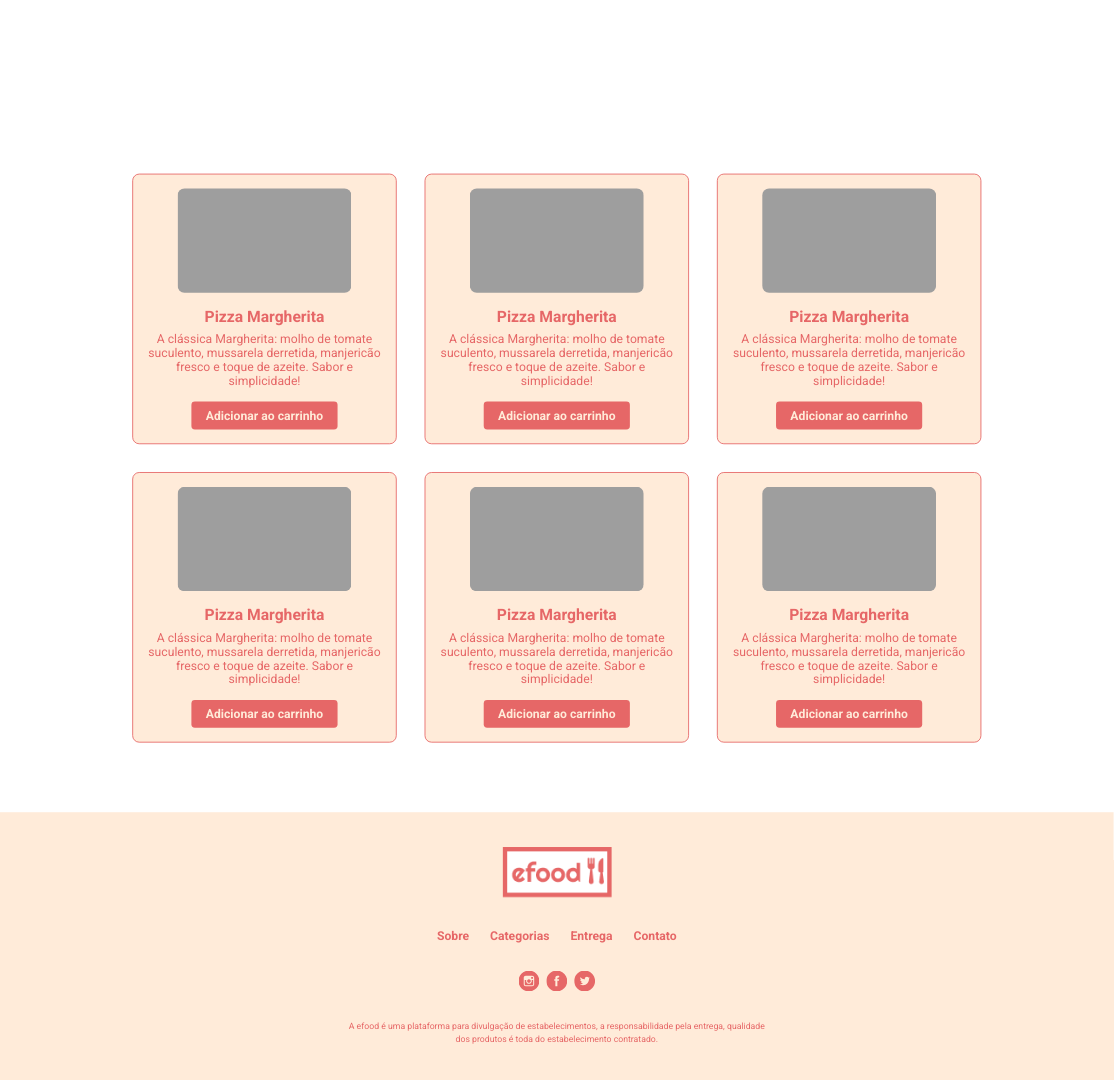
Repository: Biel-barbosa/projeto-final-efood
Page: /restaurante/1
An editor plug-in stored every save of this project. The page is shown before and after the next save, followed by the edit.
The browser window is 1280 px wide. The pictures show the part of the page from y = 472 to 1714 px (the page is 1714 px tall before and 1554 px after), at 87% of full size.
Pictures or frames that could not be fetched are drawn as grey boxes. The project was rebuilt for these pictures with package versions that can differ from the ones it lists, and the page was loaded fresh each time. Also part of the build but not shown: src/components/RestaurantCard/index.tsx, src/pages/Home/index.tsx.

Above is the page before, as saved 2025-06-09 15:24:41.

### index.html
<!DOCTYPE html>
<html lang="pt-BR">
  <head>
    <meta charset="UTF-8" />
    <link rel="icon" type="image/svg+xml" href="/vite.svg" />
    <meta name="viewport" content="width=device-width, initial-scale=1.0" />
    <link rel="preconnect" href="https://fonts.googleapis.com">
    <link rel="preconnect" href="https://fonts.gstatic.com" crossorigin>
    <link href="https://fonts.googleapis.com/css2?family=Roboto:wght@400;700;900&display=swap" rel="stylesheet">
    <title>eFood</title>
  </head>
  <body>
    <div id="root"></div>
    <script type="module" src="/src/main.tsx"></script>
  </body>
</html>

### src/main.tsx
import React from 'react'
import ReactDOM from 'react-dom/client'
import App from './App'

ReactDOM.createRoot(document.getElementById('root') as HTMLElement).render(
  <React.StrictMode>
    <App />
  </React.StrictMode>
)

### src/App.tsx
import React from 'react'
import { BrowserRouter as Router, Routes, Route } from 'react-router-dom'
import { ThemeProvider } from 'styled-components'
import { GlobalStyle, theme } from './styles/global'
import Home from './pages/Home'
import RestaurantDetail from './pages/Restaurant'

function App() {
  return (
    <ThemeProvider theme={theme}>
      <Router>
        <GlobalStyle />
        <Routes>
          <Route path="/" element={<Home />} />
          <Route path="/restaurante/:id" element={<RestaurantDetail />} />
        </Routes>
      </Router>
    </ThemeProvider>
  )
}

export default App

### src/styles/global.ts
import { createGlobalStyle, DefaultTheme } from 'styled-components'

export const theme: DefaultTheme = {
  colors: {
    primary: '#E66767',
    secondary: '#FFEBD9',
    white: '#FFFFFF',
    black: '#000000',
    gray: '#4B4B4B',
    lightGray: '#F5F5F5'
  }
}

export const GlobalStyle = createGlobalStyle`
  * {
    margin: 0;
    padding: 0;
    box-sizing: border-box;
    font-family: 'Roboto', sans-serif;
  }

  body {
    background-color: ${({ theme }) => theme.colors.white};
  }

  button {
    cursor: pointer;
  }

  a {
    text-decoration: none;
  }
`

export const colors = {
  primary: '#E66767',
  secondary: '#FFEBD9',
  white: '#FFFFFF',
  black: '#000000',
  gray: '#4B4B4B',
  lightGray: '#F5F5F5'
}

### src/pages/Restaurant/index.tsx
import React from 'react'
import { useParams } from 'react-router-dom'
import styled from 'styled-components'
import { colors } from '../../styles/global'
import Footer from '../../components/Footer'
import Header from '../../components/Header'

const restaurantData = {
  1: {
    name: 'La Dolce Vita Trattoria',
    category: 'Italiana',
    highlight: 'Destaque da semana',
    image: '/macarrao.png',
    products: [
      {
        id: 1,
        name: 'Pizza Margherita',
        description: 'A clássica Margherita: molho de tomate suculento, mussarela derretida, manjericão fresco e toque de azeite. Sabor e simplicidade!',
        image: '/macarrao.png'
      },
      {
        id: 2,
        name: 'Pizza Margherita',
        description: 'A clássica Margherita: molho de tomate suculento, mussarela derretida, manjericão fresco e toque de azeite. Sabor e simplicidade!',
        image: '/macarrao.png'
      },
      {
        id: 3,
        name: 'Pizza Margherita',
        description: 'A clássica Margherita: molho de tomate suculento, mussarela derretida, manjericão fresco e toque de azeite. Sabor e simplicidade!',
        image: '/macarrao.png'
      },
      {
        id: 4,
        name: 'Pizza Margherita',
        description: 'A clássica Margherita: molho de tomate suculento, mussarela derretida, manjericão fresco e toque de azeite. Sabor e simplicidade!',
        image: '/macarrao.png'
      },
      {
        id: 5,
        name: 'Pizza Margherita',
        description: 'A clássica Margherita: molho de tomate suculento, mussarela derretida, manjericão fresco e toque de azeite. Sabor e simplicidade!',
        image: '/macarrao.png'
      },
      {
        id: 6,
        name: 'Pizza Margherita',
        description: 'A clássica Margherita: molho de tomate suculento, mussarela derretida, manjericão fresco e toque de azeite. Sabor e simplicidade!',
        image: '/macarrao.png'
      }
    ]
  }
}

const Container = styled.div`
  max-width: 1024px;
  margin: 40px auto 0 auto;
  padding: 0 24px;
`

const ProductGrid = styled.div`
  display: grid;
  grid-template-columns: repeat(3, 1fr);
  gap: 32px;
  margin-top: 40px;
  margin-bottom: 80px;
`

const ProductCard = styled.div`
  background: ${colors.secondary};
  border: 1px solid ${colors.primary};
  border-radius: 8px;
  padding: 16px;
  display: flex;
  flex-direction: column;
  align-items: center;
  text-align: center;
`

const ProductImage = styled.img`
  width: 100%;
  max-width: 200px;
  height: 120px;
  object-fit: cover;
  border-radius: 8px;
  margin-bottom: 16px;
`

const ProductName = styled.h2`
  color: ${colors.primary};
  font-size: 18px;
  font-weight: bold;
  margin-bottom: 8px;
`

const ProductDescription = styled.p`
  color: ${colors.primary};
  font-size: 14px;
  margin-bottom: 16px;
`

const AddButton = styled.button`
  background: ${colors.primary};
  color: ${colors.secondary};
  border: none;
  border-radius: 4px;
  padding: 8px 16px;
  font-size: 14px;
  font-weight: bold;
  cursor: pointer;
  transition: background 0.2s;
  &:hover {
    background: #c94d4d;
  }
`

const Hero = styled.div`
  width: 100vw;
  min-width: 100vw;
  left: 50%;
  right: 50%;
  margin-left: -50vw;
  margin-right: -50vw;
  margin-bottom: 200px;
  position: relative;
  background: ${colors.secondary};
  display: flex;
  flex-direction: column;
  align-items: center;
  justify-content: flex-end;
  height: 400px;
  overflow: hidden;
`

const HeroImage = styled.img`
  width: 100vw;
  height: 400px;
  object-fit: cover;
  position: absolute;
  top: 0;
  left: 0;
  z-index: 1;
`

const HeroOverlay = styled.div`
  position: absolute;
  top: 0;
  left: 0;
  width: 100vw;
  height: 400px;
  background: rgba(0, 0, 0, 0.5);
  z-index: 2;
`

const HeroContent = styled.div`
  position: relative;
  z-index: 3;
  text-align: center;
  width: 100vw;
  padding: 0;
  display: flex;
  flex-direction: column;
  align-items: center;
  justify-content: flex-end;
  height: 100%;
  gap: 16px;
`

const HeroTags = styled.div`
  display: flex;
  gap: 12px;
  margin-top: 120px;
  margin-bottom: 8px;
`

const Category = styled.span`
  background: ${colors.primary};
  color: ${colors.secondary};
  font-size: 16px;
  font-weight: bold;
  border-radius: 4px;
  padding: 6px 18px;
  letter-spacing: 1px;
`

const Highlight = styled.span`
  background: ${colors.secondary};
  color: ${colors.primary};
  font-size: 16px;
  font-weight: bold;
  border-radius: 4px;
  padding: 6px 18px;
  letter-spacing: 1px;
`

const RestaurantName = styled.h1`
  color: #fff;
  font-size: 40px;
  font-weight: 900;
  margin: 0;
  text-shadow: 0 2px 16px rgba(0,0,0,0.7);
  letter-spacing: 1px;
`

const RestaurantDetail: React.FC = () => {
  const { id } = useParams()
  const data = restaurantData[Number(id) as 1] || restaurantData[1]

  return (
    <>
      <Header />
      <Hero>
        <HeroImage src={data.image} alt={data.name} />
        <HeroOverlay />
        <HeroContent>
          <HeroTags>
            <Category>{data.category}</Category>
            <Highlight>{data.highlight}</Highlight>
          </HeroTags>
          <RestaurantName>{data.name}</RestaurantName>
        </HeroContent>
      </Hero>
      <Container>
        <ProductGrid>
          {data.products.map((product) => (
            <ProductCard key={product.id}>
              <ProductImage src={product.image} alt={product.name} />
              <ProductName>{product.name}</ProductName>
              <ProductDescription>{product.description}</ProductDescription>
              <AddButton>Adicionar ao carrinho</AddButton>
            </ProductCard>
          ))}
        </ProductGrid>
      </Container>

      <Footer />
    </>
  )
}

export default RestaurantDetail

### src/components/Footer/index.tsx
import React from 'react'
import styled from 'styled-components'
import { colors } from '../../styles/global'

const FooterContainer = styled.footer`
  background-color: ${colors.secondary};
  padding: 40px 0;
  text-align: center;
`

const FooterContent = styled.div`
  max-width: 1024px;
  margin: 0 auto;
  padding: 0 24px;
`

const FooterLogo = styled.img`
  margin-bottom: 32px;
`

const FooterLinks = styled.div`
  display: flex;
  justify-content: center;
  gap: 24px;
  margin-bottom: 32px;
`

const FooterLink = styled.a`
  color: ${colors.primary};
  text-decoration: none;
  font-size: 14px;
  font-weight: bold;
`

const FooterSocial = styled.div`
  display: flex;
  justify-content: center;
  gap: 8px;
  margin-bottom: 32px;
`

const SocialIcon = styled.img`
  width: 24px;
  height: 24px;
`

const FooterText = styled.p`
  color: ${colors.primary};
  font-size: 10px;
  max-width: 480px;
  margin: 0 auto;
  line-height: 1.5;
`

const Footer = () => {
  return (
    <FooterContainer>
      <FooterContent>
        <FooterLogo src="/logo.png" alt="eFood" />
        <FooterLinks>
          <FooterLink href="#">Sobre</FooterLink>
          <FooterLink href="#">Categorias</FooterLink>
          <FooterLink href="#">Entrega</FooterLink>
          <FooterLink href="#">Contato</FooterLink>
        </FooterLinks>
        <FooterSocial>
          <SocialIcon src="/instagram-round-svgrepo-com (1) 1.svg" alt="Instagram" />
          <SocialIcon src="/facebook-round-svgrepo-com 1.svg" alt="Facebook" />
          <SocialIcon src="/twitter-2-svgrepo-com 1.svg" alt="Twitter" />
        </FooterSocial>
        <FooterText>
          A efood é uma plataforma para divulgação de estabelecimentos, a responsabilidade pela entrega, qualidade dos produtos é toda do estabelecimento contratado.
        </FooterText>
      </FooterContent>
    </FooterContainer>
  )
}

export default Footer

### src/components/Header/index.tsx
import React from 'react'
import styled from 'styled-components'
import { colors } from '../../styles/global'
import { Link } from 'react-router-dom'

const HeaderContainer = styled.header`
  width: 100vw;
  background: #ffebd9;
  display: flex;
  justify-content: center;
  align-items: center;
  padding: 16px 0;
  position: relative;
`

const Content = styled.div`
  width: 100vw;
  max-width: 1024px;
  display: flex;
  align-items: center;
  justify-content: space-between;
  padding: 0 24px;
`

const Left = styled.div`
  flex: 1;
  display: flex;
  align-items: center;
  justify-content: flex-start;
`

const Center = styled.div`
  flex: 1;
  display: flex;
  align-items: center;
  justify-content: center;
`

const Right = styled.div`
  flex: 1;
  display: flex;
  align-items: center;
  justify-content: flex-end;
`

const Logo = styled.img`
  height: 40px;
`

const NavText = styled(Link)`
  color: ${colors.primary};
  font-size: 18px;
  font-weight: bold;
  text-decoration: none;
`

const Cart = styled(Link)`
  color: ${colors.primary};
  font-size: 16px;
  font-weight: bold;
  text-decoration: none;
  background: none;
  border: none;
  display: flex;
  align-items: center;
  gap: 8px;
`

const CartIcon = styled.span`
  font-size: 20px;
`

const Header: React.FC = () => (
  <HeaderContainer>
    <Content>
      <Left>
        <NavText to="/">Restaurantes</NavText>
      </Left>
      <Center>
        <Logo src="/logo.png" alt="eFood" />
      </Center>
      <Right>
        <Cart to="/cart">
          0 produto(s) no carrinho <CartIcon>🛒</CartIcon>
        </Cart>
      </Right>
    </Content>
  </HeaderContainer>
)

export default Header

After the next save:
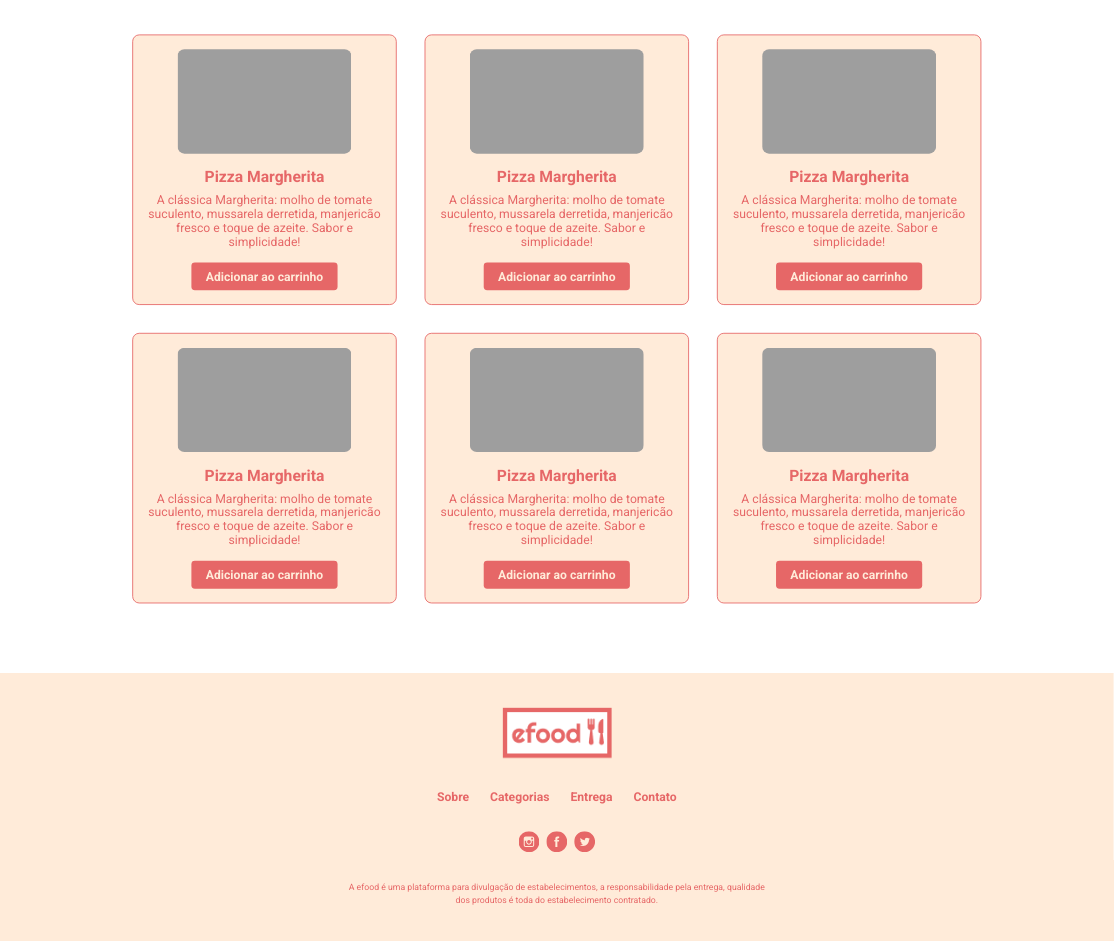
Saved 14 s later.
--- a/src/pages/Restaurant/index.tsx
+++ b/src/pages/Restaurant/index.tsx
@@ -121,7 +121,6 @@
   right: 50%;
   margin-left: -50vw;
   margin-right: -50vw;
-  margin-bottom: 200px;
   position: relative;
   background: ${colors.secondary};
   display: flex;
